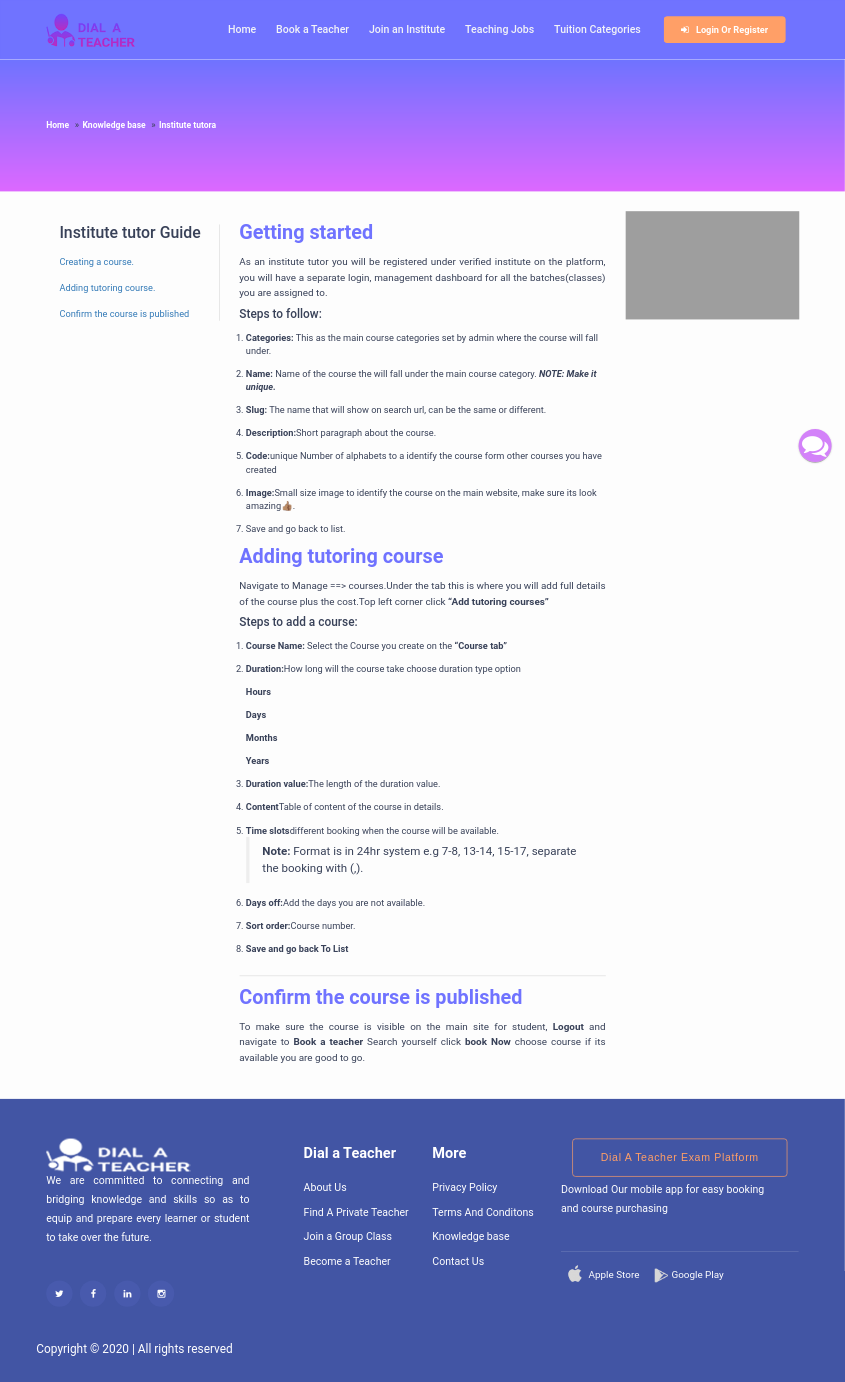
Repository: Samkiroko/DAT_knowledge
Page: knowledge_base/Institute_tutor.html
An editor plug-in stored every save of this project. The page is shown before and after the next save, followed by the edit.
The browser window is 1280 px wide. The pictures show the whole page, at 66% of full size.
Pictures or frames that could not be fetched are drawn as grey boxes.

Above is the page before, as saved 2020-12-18 14:44:45.
Console error: TypeError: e.indexOf is not a function

After the next save:
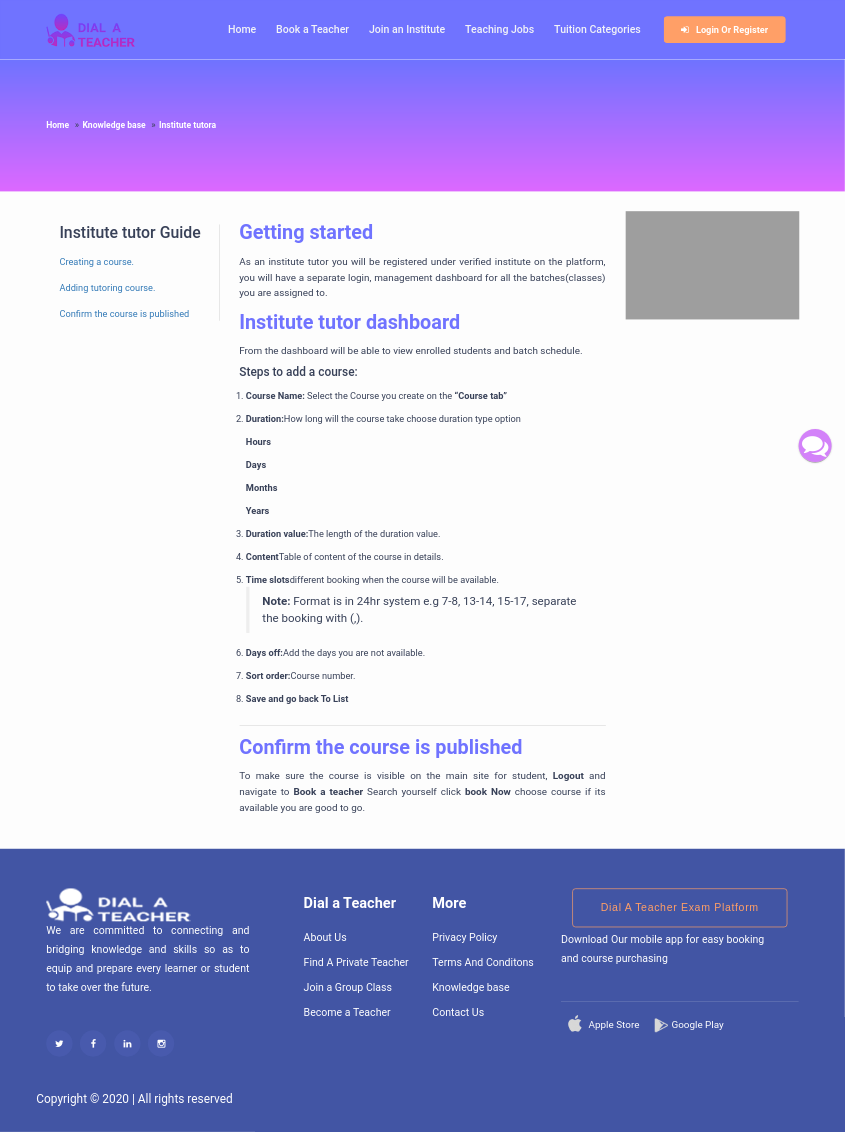
Saved 88 s later.
--- a/knowledge_base/Institute_tutor.html
+++ b/knowledge_base/Institute_tutor.html
@@ -148,31 +148,11 @@
               <div class="mwb-article-section__content-wrap" id="sec1">
                 <h2>Getting started </h2>
                 <p>As an institute tutor you will be registered under verified institute on the
-                platform, you will have
+                  platform, you will have
                   a separate login, management dashboard for all the batches(classes) you are assigned to.</i></b>
-                <h4>Steps to follow:</h4>
-                <ol class="mwb-article-section__ordr-list">
-                  <li> <b>Categories:</b> This as the main course categories set by admin where the
-                    course will fall under.</li>
-                  <li> <b>Name:</b> Name of the course the will fall under the main course category.
-                    <b><i>NOTE: Make it unique.</i></b>
-                  </li>
-                  <li> <b>Slug:</b> The name that will show on search url, can be the same or different.</li>
-                  <li> <b>Description:</b>Short paragraph about the course.</li>
-                  <li> <b>Code:</b>unique Number of alphabets to a identify the course form other courses
-                    you have created</li>
-                  <li> <b>Image:</b>Small size image to identify the course on the main website,
-                    make sure its look amazing👍🏽.</li>
-                  <li>Save and go back to list.</li>
-                </ol>
-
-                </p>
                 <div class="mwb-article-section__content-wrap" id="sec2">
-                  <h2>Adding tutoring course</h2>
-                  <p>Navigate to Manage ==> courses.Under the tab this is where you will add full
-                    details of the course
-                    plus the
-                    cost.Top left corner click <b><q>Add tutoring courses</q></b></p>
+                  <h2>Institute tutor dashboard</h2>
+                  <p>From the dashboard will be able to view enrolled students and batch schedule.</p>
                   <h4>Steps to add a course:</h4>
                   <ol class="mwb-article-section__ordr-list">
                     <li> <b>Course Name:</b> Select the Course you create on the <b><q>Course tab</q></b></li>
